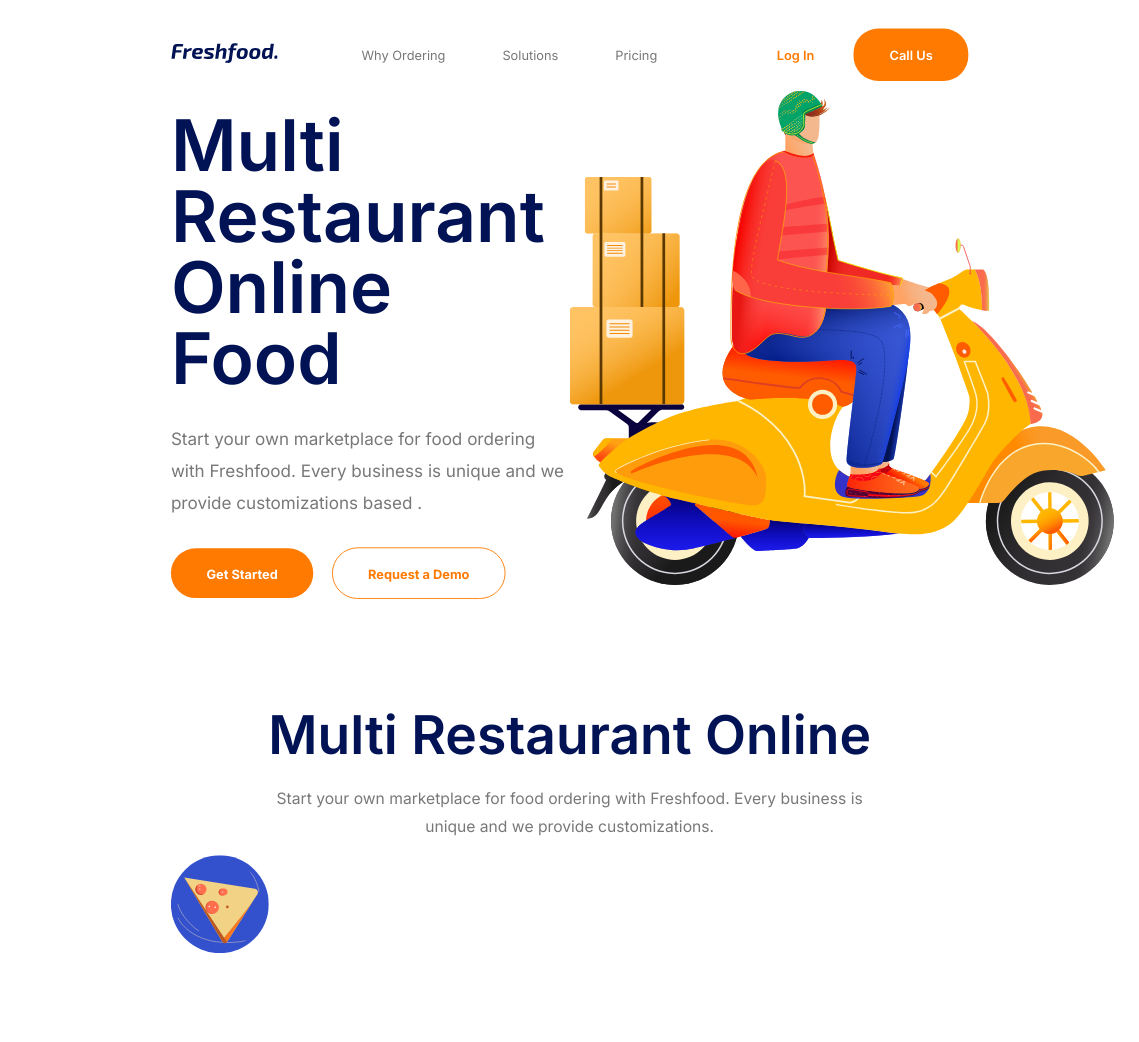
Repository: badhon252/FreshFood
Page: index.html
The author's editor kept a copy of each file at every save. The page is drawn from the files as they stood at one save, then again after the next save.
The browser window is 1280 px wide. The pictures show the whole page, at 89% of full size.
The style sheet was rebuilt from its Sass, Less or Tailwind sources for each picture, by a compiler version that may differ from the author's.

Above is the page before, as saved 2022-09-06 00:46:07.

### index.html
<!DOCTYPE html>
<html lang="en">

<head>
    <meta charset="UTF-8">
    <meta http-equiv="X-UA-Compatible" content="IE=edge">
    <meta name="viewport" content="width=device-width, initial-scale=1.0">
    <link rel="stylesheet" href="./scss/style.css">
    <title>Document</title>
</head>

<body>
    <header class="container">
        <nav class="navbar">
            <div class="navbar-brand">
                <img src="./images/Freshfood.svg" alt="">
            </div>
            <ul class="navs">
                <li class="nav-item"><a href="" class="nav-link">Why Ordering</a></li>
                <li class="nav-item"><a href="" class="nav-link">Solutions</a></li>
                <li class="nav-item"><a href="" class="nav-link">Pricing</a></li>
            </ul>
            <div class="logs">
                <button class="btn">Log In</button>
                <button class="btn call">Call Us</button>
            </div>
        </nav>

        <div class="header-content">
            <div class="row">
                <div class="col-md-6">
                    <h1>Multi Restaurant <br> Online Food</h1>
                    <p>Start your own marketplace for food ordering <br> with Freshfood. Every business is unique and we
                        <br>
                        provide customizations
                        based .
                    </p>
                    <button class="btn start-btn">Get Started</button>
                    <button class="btn demo-btn">Request a Demo</button>
                </div>
                <div class="col-md-6"><img src="./images/Group 5402.svg" alt=""></div>
            </div>
        </div>

    </header>

    <section class="second-section container">
        <h1>Multi Restaurant Online</h1>
        <p>Start your own marketplace for food ordering with Freshfood. Every business is <br> unique and we provide
            customizations.</p>
        <div class="row">
            <div class="col-md-4"><img src="./images/Group 4461.svg" alt=""></div>
            <div class="col-md-4"></div>
            <div class="col-md-4"></div>
        </div>
    </section>
</body>

</html>

### scss/style.scss
@import url("https://fonts.googleapis.com/css2?family=Inter:wght@400;600;700;800;900&display=swap");
* {
  margin: 0%;
  padding: 0%;
  box-sizing: border-box;
  font-family: "Inter", sans-serif;
}

.container {
  margin: 2rem 12rem;
}
.btn {
  outline: none;
  border: none;
  padding: 1.2rem 2.5rem;
  background-color: transparent;
}

.row {
  display: flex;
  justify-content: space-between;
  align-items: center;
  max-width: 100%;
  .col-md-6 {
    max-width: 50%;
  }
}

h1 {
  font-weight: 600;
  font-size: 60px;
  line-height: 80px;
  /* or 133% */

  color: #011255;
}
//=====
//=====
//=====
.navbar {
  display: flex;
  justify-content: space-between;
  align-items: center;
  ul {
    display: flex;
    li {
      margin: 1rem 2rem;
      list-style-type: none;
      .nav-link {
        text-decoration: none;
        color: black;
        font-weight: 500;
        font-size: 0.9rem;
        line-height: 21px;
        /* identical to box height */

        text-align: center;

        color: #787878;
      }
    }
  }

  .btn {
    font-weight: 500;
    font-size: 0.9rem;
    line-height: 21px;
    /* identical to box height */
    font-weight: 600;
    color: #ff7a00;
  }
  .call {
    background: #ff7a00;
    border-radius: 28px;
    color: #fff;
  }
}

.header-content {
  h1 {
    font-size: 5rem;
    margin: 2rem 0;
  }
  p {
    font-size: 1.2rem;
    margin: 2rem 0;
    line-height: 36px;
    color: #787878;
    font-weight: 500;
  }
  .btn {
    background: #ff7a00;
    border-radius: 60px;
    font-size: 0.9rem;
    font-weight: 700;
  }
  .start-btn {
    color: #fff;
    margin-right: 1rem;
  }
  .demo-btn {
    background-color: #ffffff;
    border: 1px solid #ff7a00;
    color: #ff7a00;
  }
}

.second-section {
  padding: 4rem 0;
  text-align: center;
  h1 {
    margin: 1rem;
  }
  p {
    font-size: 1.1rem;
    margin: 1rem;
    line-height: 32px;
    /* or 178% */

    text-align: center;

    color: #787878;
  }
}

After the next save:
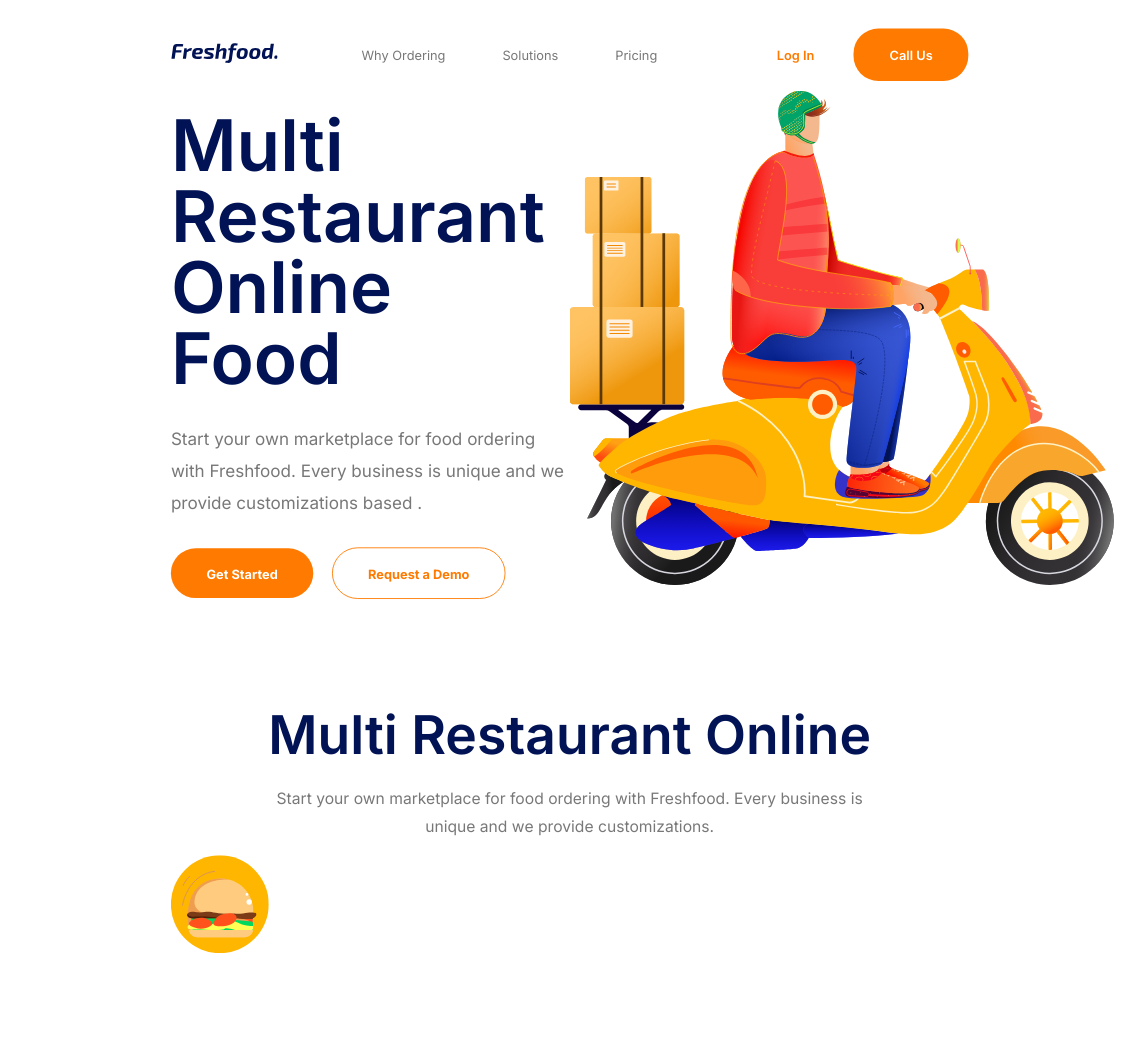
Saved 12 s later.
--- a/index.html
+++ b/index.html
@@ -49,7 +49,7 @@
         <p>Start your own marketplace for food ordering with Freshfood. Every business is <br> unique and we provide
             customizations.</p>
         <div class="row">
-            <div class="col-md-4"><img src="./images/Group 4461.svg" alt=""></div>
+            <div class="col-md-4"><img src="./images/Group 4463.svg" alt=""></div>
             <div class="col-md-4"></div>
             <div class="col-md-4"></div>
         </div>
